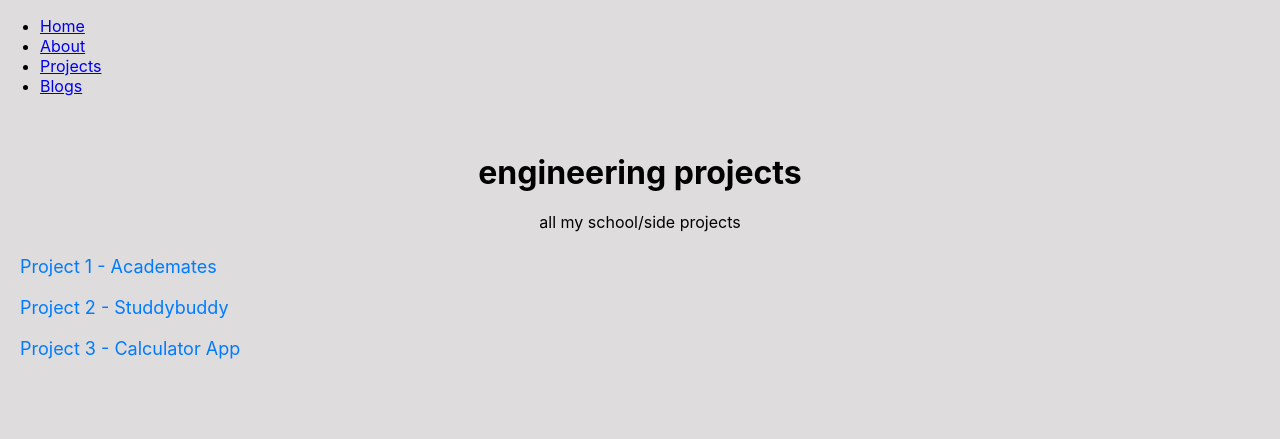
Repository: nicholaschen09/personalWebsite
Page: /projects/engineering
These files come from the project's save history. The page is drawn as it stood at one moment and after the next save; the edit follows.
The browser window is 1280 px wide. The pictures show the whole page.
The project was rebuilt for these pictures with package versions that can differ from the ones it lists, and the page was loaded fresh each time. Also part of the build but not shown: src/components/About.css, src/components/About.js, src/components/Home.js, src/components/Projects.css, src/components/Projects.js, src/components/Blog.css, src/components/Blog.js, src/components/Miscellaneous.css and 3 more.

Above is the page before, as saved 2024-08-10 08:51:45.

After the next save:
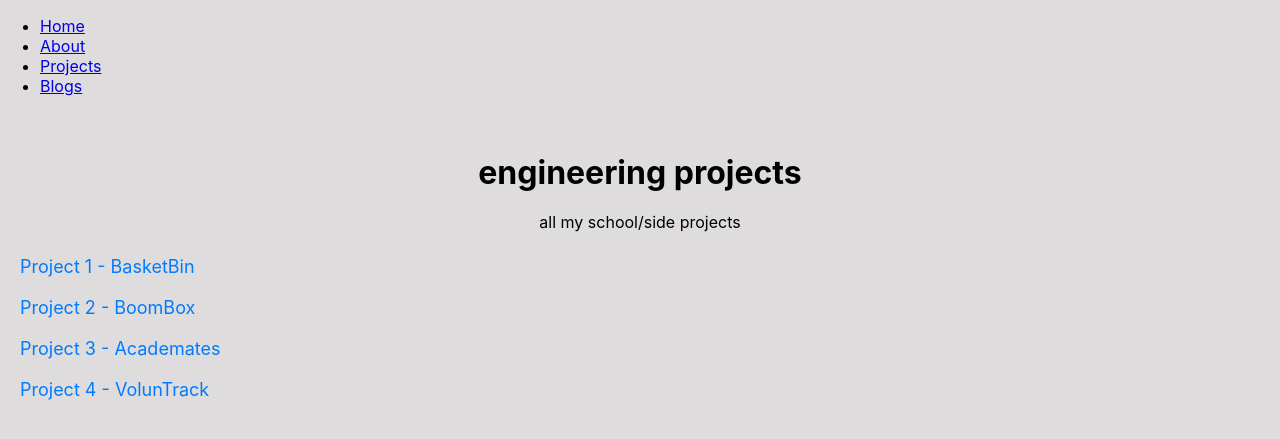
Saved 102 s later.
--- a/src/components/Engineering.js
+++ b/src/components/Engineering.js
@@ -7,9 +7,10 @@ const Engineering = () => {
             <h1>engineering projects</h1>
             <p>all my school/side projects</p>
             <div className="projects-container">
-                <a href="/project1" className="project">Project 1 - Academates</a>
-                <a href="/project2" className="project">Project 2 - Studdybuddy</a>
-                <a href="/project3" className="project">Project 3 - Calculator App</a>
+                <a href="/project1" className="project">Project 1 - BasketBin</a>
+                <a href="/project2" className="project">Project 2 - BoomBox</a>
+                <a href="/project3" className="project">Project 3 - Academates</a>
+                <a href="/project4" className="project">Project 4 - VolunTrack</a>
                 {/* Add more projects as needed */}
             </div>
         </div>
